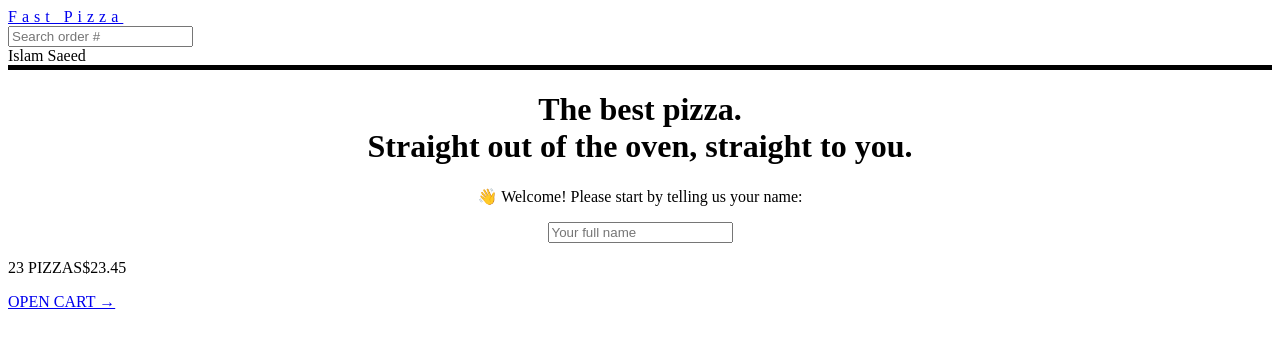
Repository: islamsaeedDev/ecommerce-cash-on-deliver-pizza-store
Page: /
An editor plug-in stored every save of this project. The page is shown before and after the next save, followed by the edit.
The browser window is 1280 px wide. The pictures show the whole page.
The project was rebuilt for these pictures with package versions that can differ from the ones it lists, and the page was loaded fresh each time. Also part of the build but not shown: vite.config.js, src/ui/Error.jsx, src/services/apiRestaurant.js, src/utils/helpers.js, src/features/menu/MenuItem.jsx, src/features/menu/Menu.jsx, src/features/cart/Cart.jsx, src/features/order/Order.jsx and 1 more. Imported but missing from the stored project, and not drawn on this page: src/features/order/CreateOrder.

Above is the page before, as saved 2025-10-22 08:21:00.

After the next save:
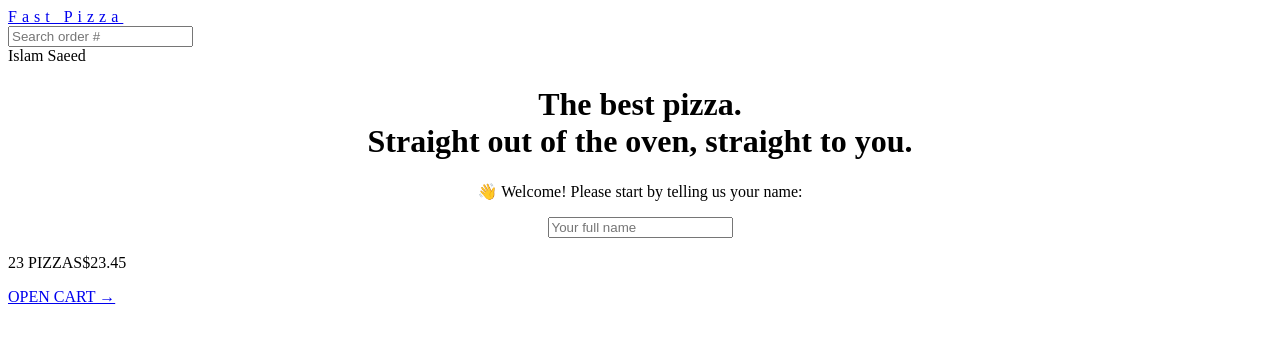
Saved 27 s later.
--- a/src/ui/Header.jsx
+++ b/src/ui/Header.jsx
@@ -4,7 +4,7 @@ import Username from '../features/user/Username';
 
 function Header() {
   return (
-    <header className="uppcase border-b-5 border-stone-500 bg-fuchsia-500 px-4 py-3">
+    <header className="uppcase border-bborder-stone-500 bg-fuchsia-500 px-4 py-3">
       <Link className="tracking-[5px]" to="/">
         Fast Pizza
       </Link>
